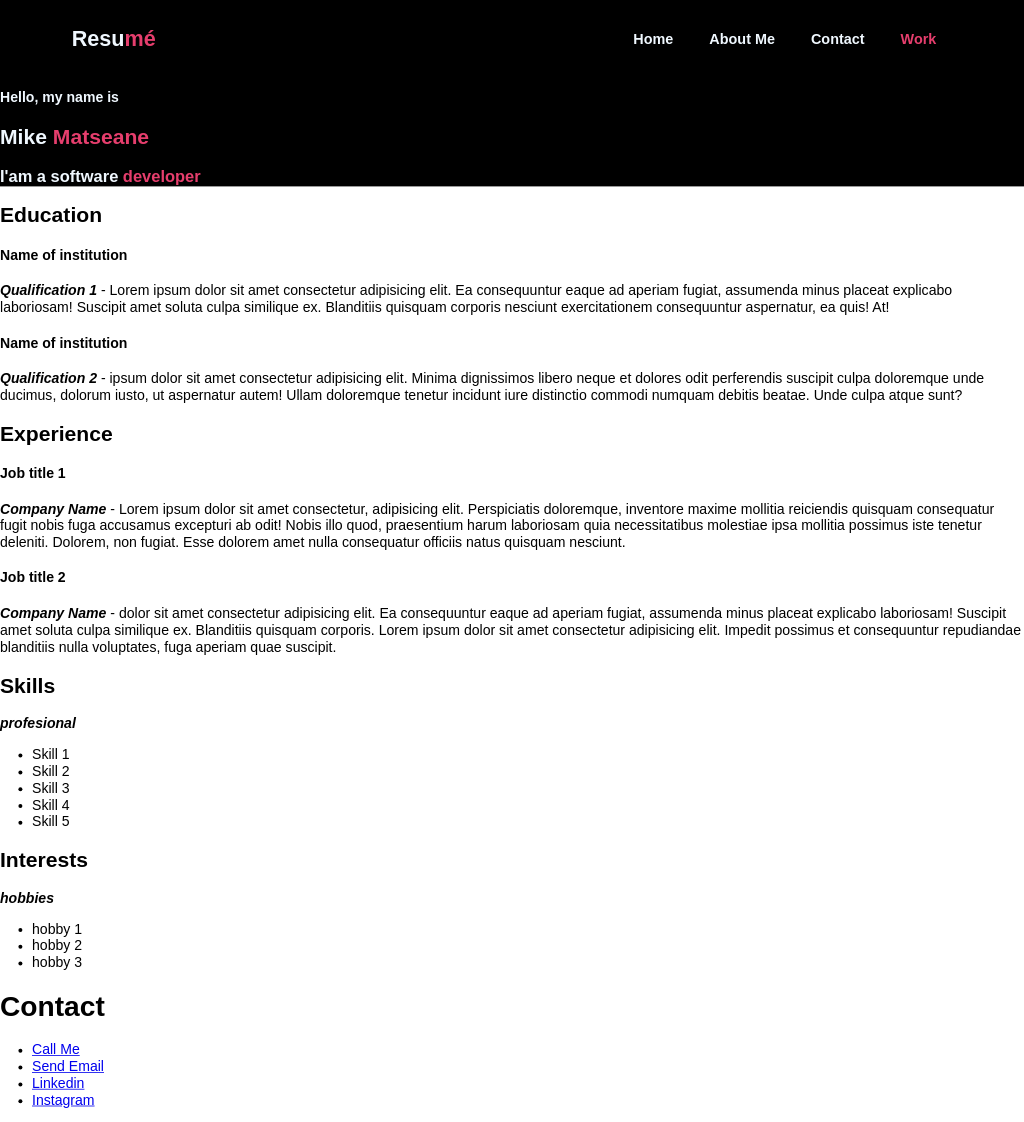
Repository: mikempho/Resume1
Page: resume1.html
These files come from the project's save history. The page is drawn as it stood at one moment and after the next save; the edit follows.
The browser window is 1280 px wide. The pictures show the whole page, at 80% of full size.

Above is the page before, as saved 2022-03-26 09:40:12.

### resume1.html
<html lang="en">
<head>
    <meta charset="UTF-8">
    <meta http-equiv="X-UA-Compatible" content="IE=edge">
    <meta name="viewport" content="width=device-width, initial-scale=1.0">
    <link rel="stylesheet" href="./css/stylesheet.css">
    <title>Mike Matseane</title>
</head>
<body>

    <section>

        <div class="hero">
            <!-- Navigation Bar -->
            <nav class="navbar">
                <h2 class="resume-logo">Resu<span>mé</span></h2>
                <ul>
                    <li><a href="resume1.html">Home</a></li>
                    <li><a href="#education">About Me</a></li>
                    <li><a href="#contact-info">Contact</a></li>
                    <li><a href="#"><span>Work</span></a></li>
                </ul>
            </nav>

            <div class="Intro">
                <!-- <img src="" alt="Profile-Img"> -->
                <h4>Hello, my name is </h4>
                <h1>Mike <span>Matseane</span></h1>
                <h3>I'am a software <span>developer</span></h3>
            </div>

        </div>

        <article>
            <!-- Education Section -->

            <div id="education">
                <h2>Education</h2>
                <div class="container">
                    <h4>Name of institution</h4>
                    <p><strong><em>Qualification 1</em></strong> - Lorem ipsum dolor sit amet consectetur adipisicing elit. Ea consequuntur eaque ad aperiam fugiat, assumenda minus placeat explicabo laboriosam! Suscipit amet soluta culpa similique ex. Blanditiis quisquam corporis nesciunt exercitationem consequuntur aspernatur, ea quis! At!</p>
                </div>
                <div class="container">
                    <h4>Name of institution</h4>
                    <p><strong><em>Qualification 2</em></strong> - ipsum dolor sit amet consectetur adipisicing elit. Minima dignissimos libero neque et dolores odit perferendis suscipit culpa doloremque unde ducimus, dolorum iusto, ut aspernatur autem! Ullam doloremque tenetur incidunt iure distinctio commodi numquam debitis beatae. Unde culpa atque sunt?</p>
                </div>
            </div>

            <!-- Experience Section-->
            <div id="experience">
                <h2>Experience</h2>
                <div class="container">
                    <h4>Job title 1</h4>
                    <p><strong><em>Company Name</em></strong> - Lorem ipsum dolor sit amet consectetur, adipisicing elit. Perspiciatis doloremque, inventore maxime mollitia reiciendis quisquam consequatur fugit nobis fuga accusamus excepturi ab odit! Nobis illo quod, praesentium harum laboriosam quia necessitatibus molestiae ipsa mollitia possimus iste tenetur deleniti. Dolorem, non fugiat. Esse dolorem amet nulla consequatur officiis natus quisquam nesciunt.</p>
                </div>
                <div class="container">
                    <h4>Job title 2</h4>
                    <p><strong><em>Company Name</em></strong> - dolor sit amet consectetur adipisicing elit. Ea consequuntur eaque ad aperiam fugiat, assumenda minus placeat explicabo laboriosam! Suscipit amet soluta culpa similique ex. Blanditiis quisquam corporis. Lorem ipsum dolor sit amet consectetur adipisicing elit. Impedit possimus et consequuntur repudiandae blanditiis nulla voluptates, fuga aperiam quae suscipit.</p>
                </div>
            </div>

            <!-- Skills Section -->
            <div id="skills">
                <h2>Skills</h2>
                <div>
                    <p><strong><em>profesional</em></strong></p>
                    <ul>
                        <li>Skill 1</li>
                        <li>Skill 2</li>
                        <li>Skill 3</li>
                        <li>Skill 4</li>
                        <li>Skill 5</li>
                    </ul>
                </div>
            </div>
            <div id="interests">
                <h2>Interests</h2>
                <div>
                    <p><strong><em>hobbies</em></strong></p>
                    <ul>
                        <li>hobby 1</li>
                        <li>hobby 2</li>
                        <li>hobby 3</li>
                    </ul>
                </div>
            </div>
        </article>
    </section>


    <!-- Footer Section -->
    <footer>
        <div id="contact-info">
            <h1>Contact</h1>
            <ul>
                <!-- target(_blank) = New Tab -->
                <!-- Call Me -->
                <li><a href="tel:0681454887" target="_blank">Call Me</a></li>

                <!-- Send Email -->
                <li><a href="mailto:mikempho03@gmail.com" target="_blank">Send Email</a></li>

                <!-- Linkedin (Socials) -->
                <li><a href="https://www.linkedin.com/feed/" target="_blank">Linkedin</a></li>

                <!-- Instagram -->
                <li><a href="https://www.instagram.com/mike_mx.sa/tagged/" target="_blank">Instagram</a></li>
            </ul>
        </div>

    </footer>
</body>
</html>

### css/stylesheet.css
body{
  font-family:Arial, Helvetica, sans-serif;
  font-size:110%;
  margin: 0;
}

/* Hero Section */

.hero {
  background-color: #000;
  color: aliceblue;
}

span {
  color: E63E6D;
}
.navbar {
  display: flex;
  font-size: large;
  align-items: center;
  justify-content: space-between;
  padding-top: 12px;
  padding-left:7%;
  padding-right:7%;
}

nav ul li{
  list-style: none;
  display: inline;
  padding: 0 20px;
  font-weight: 600;
}

nav ul li a {
  text-decoration: none;
  color: aliceblue;
}

After the next save:
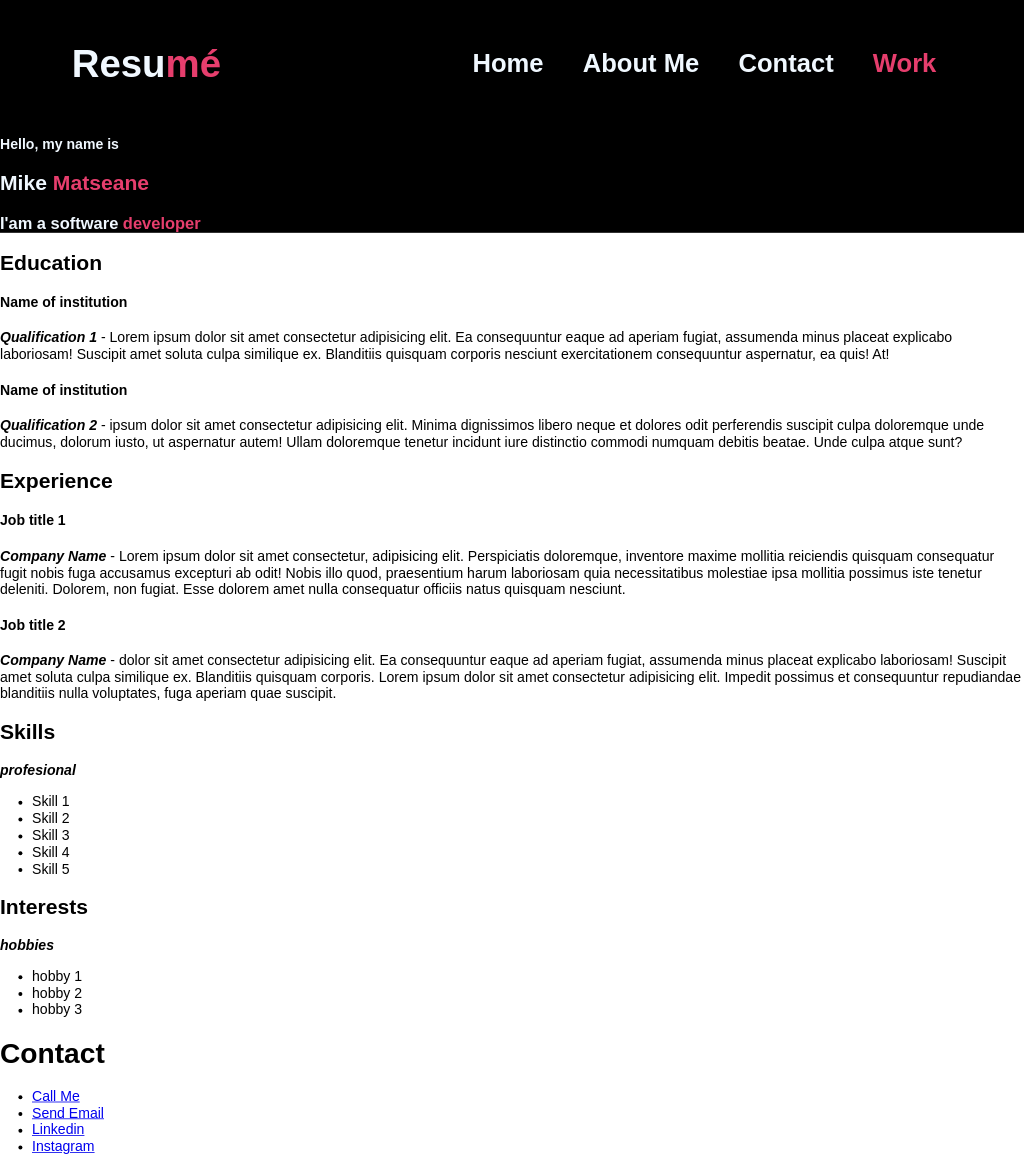
Saved 15 s later.
--- a/css/stylesheet.css
+++ b/css/stylesheet.css
@@ -16,7 +16,7 @@ span {
 }
 .navbar {
   display: flex;
-  font-size: large;
+  font-size: 2rem;
   align-items: center;
   justify-content: space-between;
   padding-top: 12px;
